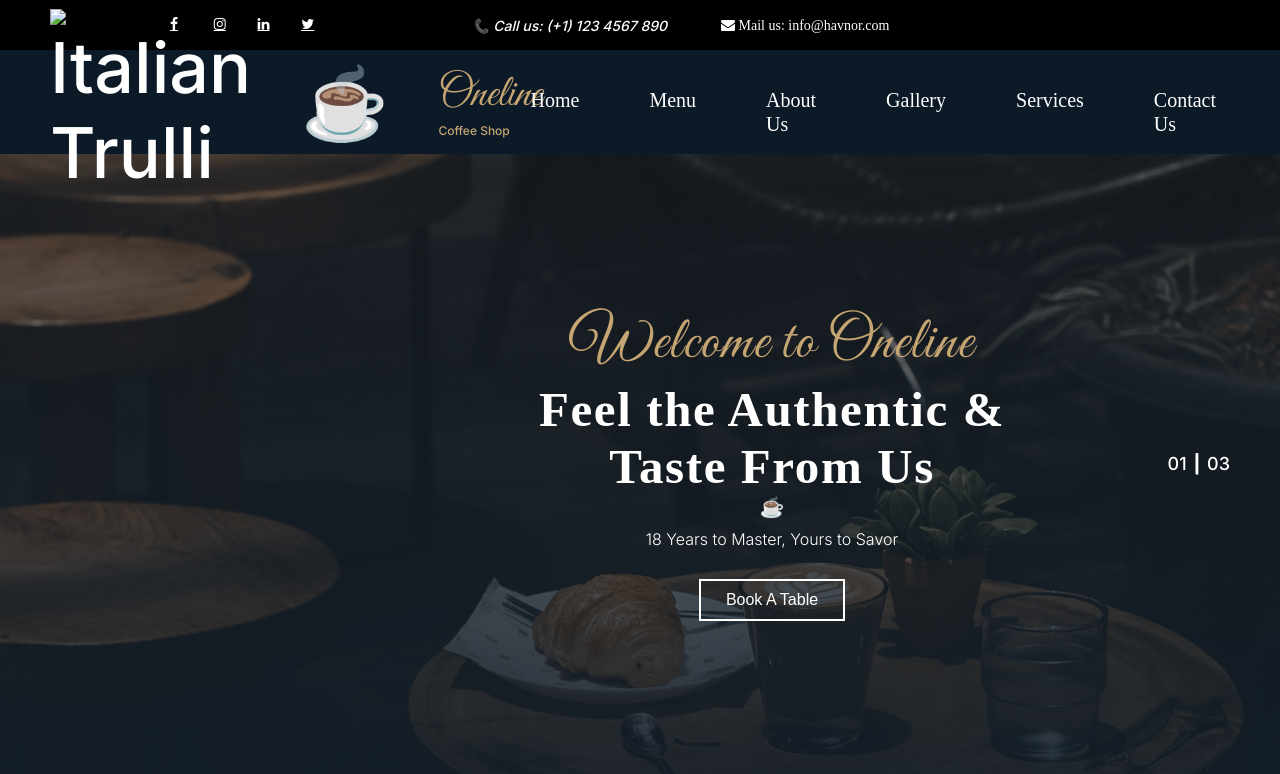
Repository: abhayzulasana/Online-Coffee-Shop
Page: index.html
The author's editor kept a copy of each file at every save. The page is drawn from the files as they stood at one save, then again after the next save.
The browser window is 1280 px wide. The pictures show the whole page.

Above is the page before, as saved 2025-05-14 10:00:26.
Not found: pic_trulli.jpg

After the next save:
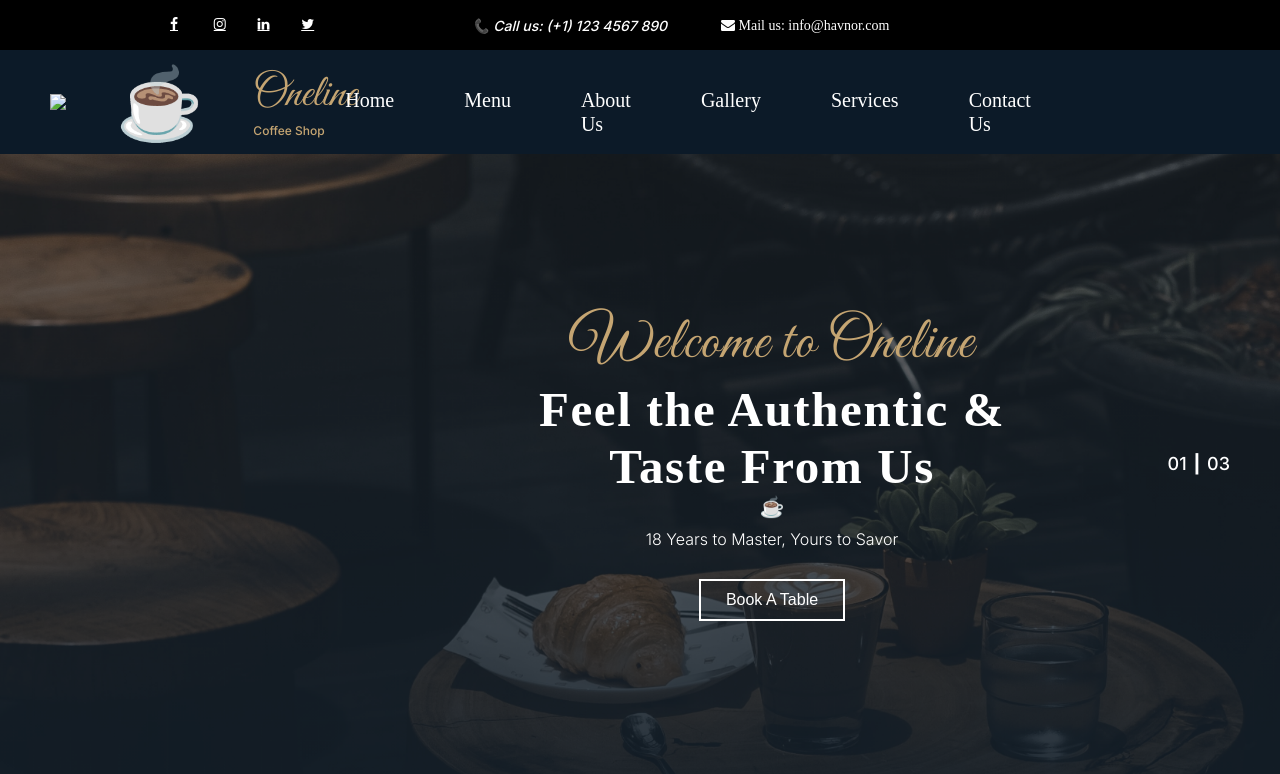
Saved 12 s later.
--- a/index.html
+++ b/index.html
@@ -29,7 +29,7 @@
 
   <nav class="navbar">
     <div class="logo">
-      <img src="pic_trulli.jpg" alt="Italian Trulli">
+      <img src="pic_trulli.jpg" >
       <span>☕</span>
       <span class="logo-text">Oneline <small>Coffee Shop</small></span>
     </div>
